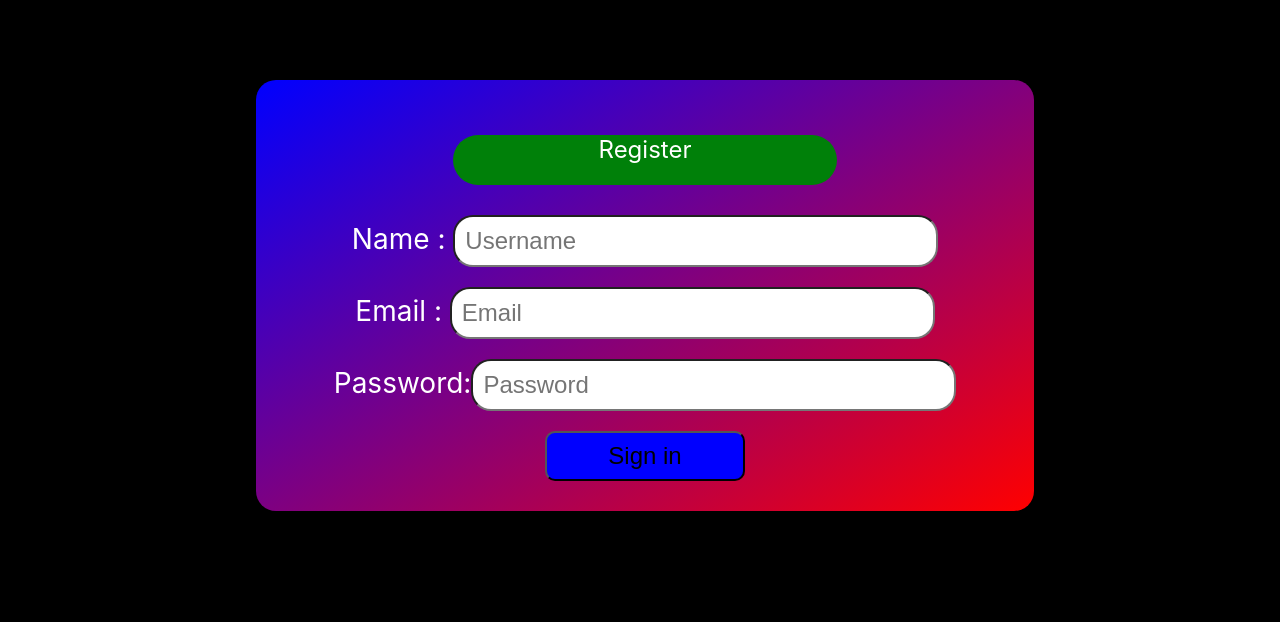
Repository: abhaysharma20233009/swiftKey
Page: /signup (app in frontend/my-app/)
An editor plug-in stored every save of this project. The page is shown before and after the next save, followed by the edit.
The browser window is 1280 px wide. The pictures show the whole page.
The project was rebuilt for these pictures with package versions that can differ from the ones it lists, and the page was loaded fresh each time. Also part of the build but not shown: frontend/my-app/src/Swifts.js, frontend/my-app/src/Results.js, frontend/my-app/src/Login.js.

Above is the page before, as saved 2024-10-10 21:07:20.

### frontend/my-app/src/App.js
//App.js

import './App.css';
import React from 'react';
import { BrowserRouter as Router, Route, Routes } from 'react-router-dom';
import Swift from './Swifts';
import Results from './Results';
import Login from './Login';
import Signup from './Signup';
const App = () => {
    return (
        <Router>
			<div className="App">
            <Routes>
                <Route path="/" element={<Swift />} />
                <Route path="/results" element={<Results />} />
                <Route path="/login" element={<Login />} />
                <Route path="/signup" element={<Signup/>}/>
            </Routes>
			</div>
        </Router>
    );
};

export default App;

### frontend/my-app/src/App.css
.App {
  text-align: center;
  color:white;
}

body{
  background-color:black;
}

.log{
  color:black;
  margin-left: 10px;
  margin-right: 10px;
  background-color: blue;
  border-radius: 10px;
  height:50px;
  width:200px;
  justify-self: end;
  font-size: x-large;
  margin-top:10px;
  margin-bottom:25px;
}




.in{
  border-radius:20px;
  font-size: 24px;
  width: 60%;
  padding: 10px;
  margin: 10px 0;
}

.hea{
  margin-top: 50px;
  margin-bottom:20px;
  margin-left:25%;
  background-color: lightgray;
  font-size: 24px;
  background-color:rgb(0, 128, 9);
  width:50%;
  height:50px;
  border-radius:30px;
  text-align: center;
}

.lo{
  text-align:center;
}
.Timer{
  height:50px;
  font-size:30px;
  margin-bottom: 10px;
  background-color:rgb(33, 222, 23);
  width:50px;
  margin-left:48%;
  border-radius: 15px;
}

.form{
  font-size: 28px;
  margin-top:80px;
  padding:5px;
  background:linear-gradient(150deg,blue,red);
  background-color:rgb(169, 90, 63);
  width:60%;
  border-radius:20px;
  margin-left:20%;
}

.logs{
  color:black;
  margin-left: 10px;
  margin-right: 10px;
  background-color: rgb(255, 0, 47);
  border-radius: 10px;
  height:50px;
  width:200px;
  justify-self: end;
  font-size: x-large;
  margin-top:10px;
  margin-bottom:25px;
}

### frontend/my-app/src/Signup.js
// Register.js
import React, { useState } from 'react';
import { useNavigate } from 'react-router-dom';
const Signup = () => {
    const [username, setUsername] = useState('');
    const [email, setEmail] = useState('');
    const [password, setPassword] = useState('');

    const navigate = useNavigate();
    const fetchUser = async () => {
        try {
            await fetch('http://localhost:7000/login');

        } catch (error) {
            console.error('Error fetching messages:', error);
        }
    };

    const sign = async () => {
        try {
            navigate('/', { state: { username,email } });
            const response = await fetch('http://localhost:7000/signup', {
                method: 'POST',
                headers: {
                    'Content-Type': 'application/json',
                },
                body: JSON.stringify({ userName: username, email, password }),
            });

            if (!response.ok) {
                const errorData = await response.json();
                alert(errorData.message || errorData.error);
                return;
            }
            // Reset fields
            setUsername('');
            setPassword('');

            // Navigate to Swifts with username

            await fetchUser();

        } catch (error) {
            console.error('Error login:', error);
        }
    }


    return (
        <div>

            <form className ="form">
            <div  className='hea'>Register</div>
               Name  :   <input
                    className="in"
                    type="text"
                    placeholder="Username"
                    value={username}
                    onChange={(e) => setUsername(e.target.value)}
                    required
                />
                <br/>
                 Email   : <input
                className="in"
                    type="email"
                    placeholder="Email"
                    value={email}
                    onChange={(e) => setEmail(e.target.value)}
                    required
                />
                <br/>
                Password:<input

                className="in"
                    type="password"
                    placeholder="Password"
                    value={password}
                    onChange={(e) => setPassword(e.target.value)}
                    required
                />
                <br/>
                <button className="log" onClick={sign}>Sign in</button>
            </form>
        </div>
    );
};

export default Signup;

Loaded but not shown: frontend/my-app/public/index.html (common file); frontend/my-app/src/index.js (common file); frontend/my-app/src/index.css (common file); frontend/my-app/src/reportWebVitals.js (common file)

After the next save:
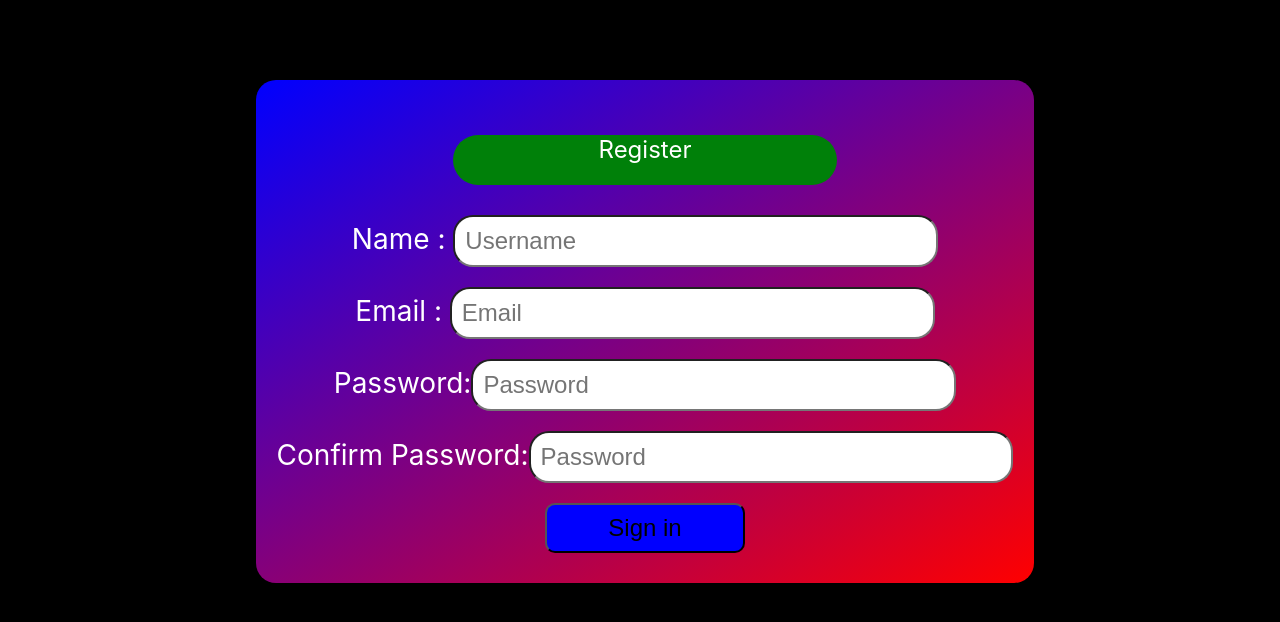
Saved 2 min 32 s later.
--- a/frontend/my-app/src/Signup.js
+++ b/frontend/my-app/src/Signup.js
@@ -18,7 +18,7 @@ const Signup = () => {
 
     const sign = async () => {
         try {
-            navigate('/', { state: { username,email } });
+            navigate('/', { state: { username, email } });
             const response = await fetch('http://localhost:7000/signup', {
                 method: 'POST',
                 headers: {
@@ -49,9 +49,9 @@ const Signup = () => {
     return (
         <div>
 
-            <form className ="form">
-            <div  className='hea'>Register</div>
-               Name  :   <input
+            <form className="form">
+                <div className='hea'>Register</div>
+                Name  :   <input
                     className="in"
                     type="text"
                     placeholder="Username"
@@ -59,26 +59,36 @@ const Signup = () => {
                     onChange={(e) => setUsername(e.target.value)}
                     required
                 />
-                <br/>
-                 Email   : <input
-                className="in"
+                <br />
+                Email   : <input
+                    className="in"
                     type="email"
                     placeholder="Email"
                     value={email}
                     onChange={(e) => setEmail(e.target.value)}
                     required
                 />
-                <br/>
+                <br />
                 Password:<input
 
-                className="in"
+                    className="in"
                     type="password"
                     placeholder="Password"
                     value={password}
                     onChange={(e) => setPassword(e.target.value)}
                     required
                 />
-                <br/>
+                <br />
+                Confirm Password:<input
+
+                    className="in"
+                    type="password"
+                    placeholder="Password"
+                    value={password}
+                    onChange={(e) => setPassword(e.target.value)}
+                    required
+                />
+                <br />
                 <button className="log" onClick={sign}>Sign in</button>
             </form>
         </div>
